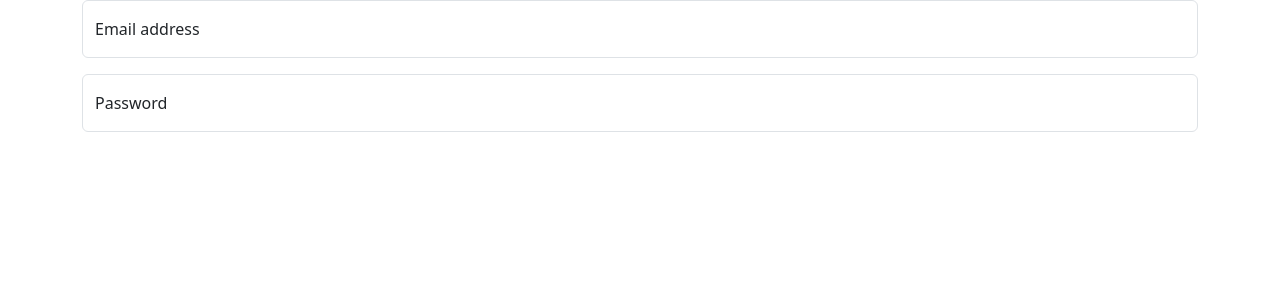
Repository: jaevoy2/lara_demo
Page: http://localhost/
These files come from the project's save history. The page is drawn as it stood at one moment and after the next save; the edit follows.
The browser window is 1280 px wide. The pictures show the whole page.
The page is served by the project's Laravel application, run on PHP 8.4 with Laravel 12.

Above is the page before, as saved 2026-07-06 22:45:15.

After the next save:
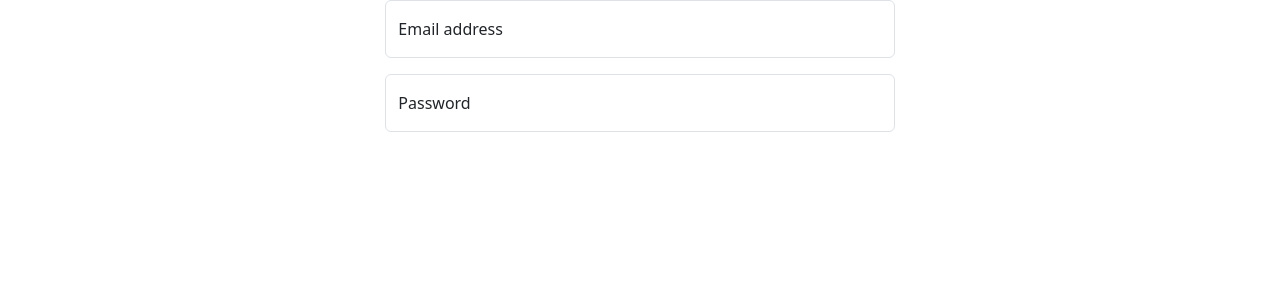
Saved 13 s later.
--- a/resources/views/login.blade.php
+++ b/resources/views/login.blade.php
@@ -2,7 +2,7 @@
 
 @section('content')
 
-    <div class="container d-flex flex-column justify-content-center">
+    <div class="container d-flex flex-column justify-content-center col-5">
         <div class="form-floating mb-3">
             <input type="email" class="form-control" id="floatingInput" placeholder="name@example.com">
                 <label for="floatingInput">Email address</label>
